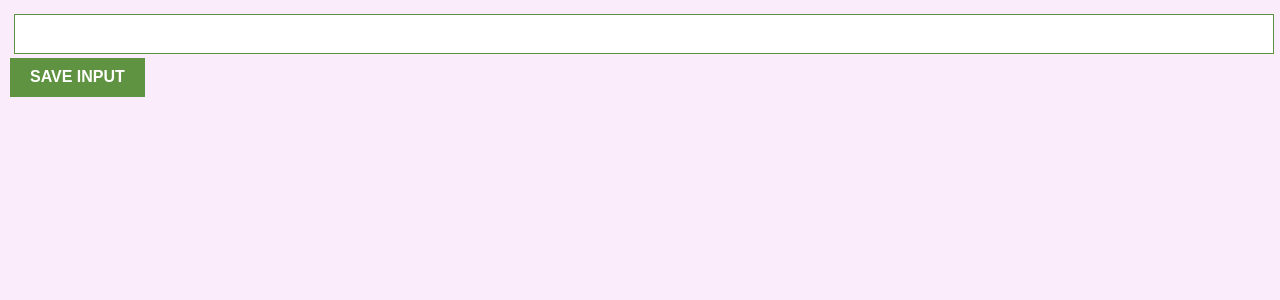
Repository: jt010051/chromeExtension
Page: index.html
The author's editor kept a copy of each file at every save. The page is drawn from the files as they stood at one save, then again after the next save.
The browser window is 1280 px wide. The pictures show the whole page.

Above is the page before, as saved 2022-02-27 18:05:31.

After the next save:
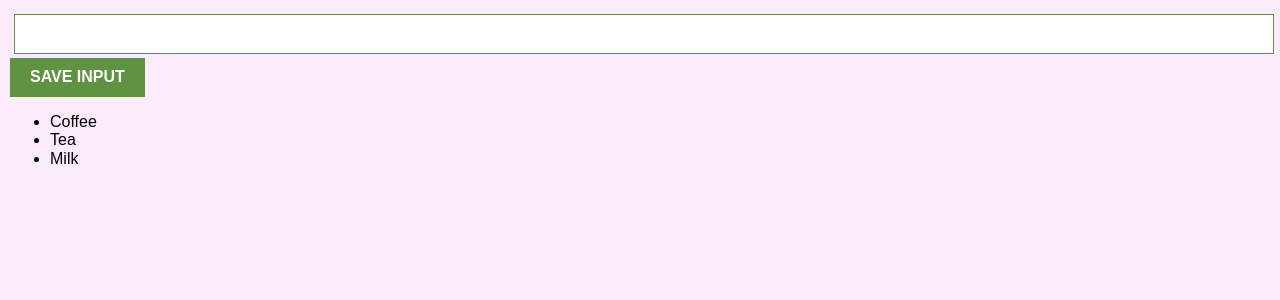
Saved 75 s later.
--- a/index.html
+++ b/index.html
@@ -5,6 +5,11 @@
     <body>
         <input type="text" id="input-el">
         <button id="input-btn">SAVE INPUT</button>
+        <ul>
+            <li>Coffee</li>
+            <li>Tea</li>
+            <li>Milk</li>
+          </ul>
         <script src="index.js"></script>
     </body>
 </html>
